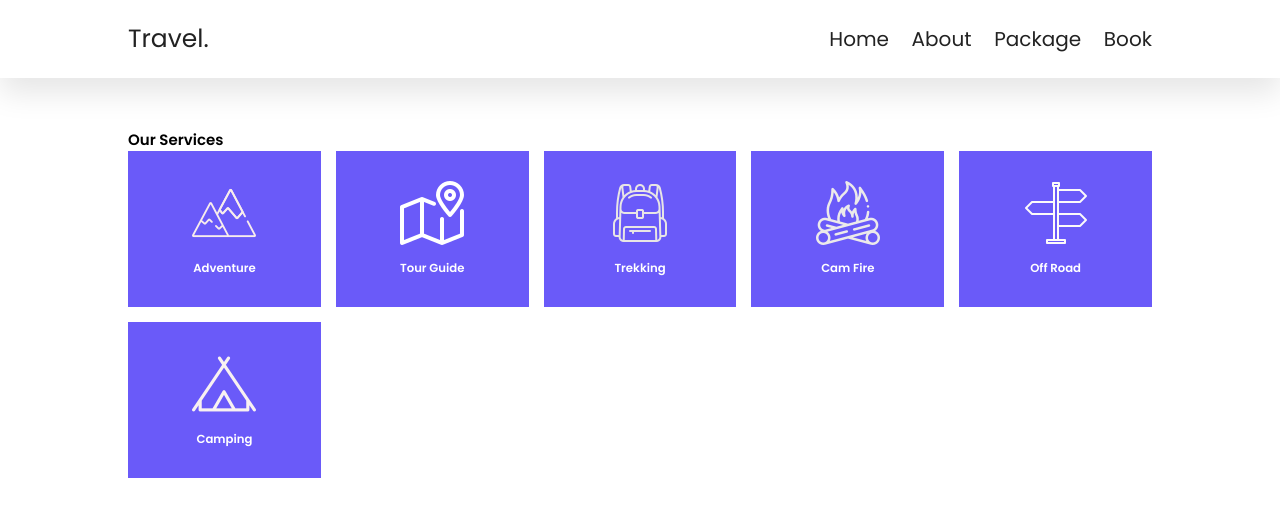
Repository: CTCuong/Traveloka-Web
Page: assets/home.html
The author's editor kept a copy of each file at every save. The page is drawn from the files as they stood at one save, then again after the next save.
The browser window is 1280 px wide. The pictures show the part of the page from y = 0 to 528 px (the page is 1174 px tall before and 1206 px after).
Pictures or frames that could not be fetched are drawn as grey boxes. Backgrounds fixed to the window are drawn as part of the page.

Above is the page before, as saved 2023-07-03 21:15:44.

### assets/home.html
<!DOCTYPE html>
<html lang="en">
<head>
    <meta charset="UTF-8">
    <meta name="viewport" content="width=device-width, initial-scale=1.0">
    <title>Document</title>
    <!--swiper css-->
    <link rel="stylesheet"href="https://cdn.jsdelivr.net/npm/swiper@9/swiper-bundle.min.css"/>
    <!--font awesome link-->
    <link rel="stylesheet" href="https://cdnjs.cloudflare.com/ajax/libs/font-awesome/6.4.0/css/all.min.css">
    <!-- css file link -->
    <link rel="stylesheet" href="/assets/css/style.css">
</head>
<body>
    <!-- header section starts -->
    <section class="header">
        <a href="home.html" class="logo">travel.</a>

        <nav class="navbar">
            <a href="home.html">Home</a>
            <a href="about.html">About</a>
            <a href="package.html">Package</a>
            <a href="book.html">Book</a>

        </nav>

        <div id="menu-btn" class="fas fa-bars"></div>
    </section>
    <!-- header section ends -->

    <!-- services section starts -->
    <section class="services">
        <h1 class="heading-title"> our services </h1>

        <div class="box-container">

            <div class="box">
                <img src="/assets/image/Services/1.png" alt="">
                <h3> adventure </h3>
            </div>

            <div class="box">
                <img src="/assets/image/Services/2.png" alt="">
                <h3> tour guide </h3>
            </div>

            <div class="box">
                <img src="/assets/image/Services/3.png" alt="">
                <h3> trekking </h3>
            </div>


            <div class="box">
                <img src="/assets/image/Services/4.png" alt="">
                <h3> cam fire </h3>
            </div>

            <div class="box">
                <img src="/assets/image/Services/5.png" alt="">
                <h3> off road </h3>
            </div>

            <div class="box">
                <img src="/assets/image/Services/6.png" alt="">
                <h3> camping </h3>
            </div>

        </div>
    </section>
    <!-- services section ends -->



    <!-- footer section starts -->

    <section class="footer">
        <div class="box-container">

            <div class="box">
                <h3>quick links</h3>
                <a href="home.html"><i class="fas fa-angle-right"></i>Home</a>
                <a href="about.html"><i class="fas fa-angle-right"></i>About</a>
                <a href="package.html"><i class="fas fa-angle-right"></i>Package</a>
                <a href="book.html"><i class="fas fa-angle-right"></i>Book</a>
            </div>

            <div class="box">
                <h3>extra links</h3>
                <a href="#"><i class="fas fa-angle-right"></i> ask question</a>
                <a href="#"><i class="fas fa-angle-right"></i> about us</a>
                <a href="#"><i class="fas fa-angle-right"></i> privacy policy</a>
                <a href="#"><i class="fas fa-angle-right"></i> terms of use</a>
            </div>

            <div class="box">
                <h3>contract info</h3>
                <a href="#"><i class="fas fa-phone"></i> +84 098-326-789 </a>
                <a href="#"><i class="fas fa-phone"></i> +84 023-908-7865 </a>
                <a href="#"><i class="fas fa-envelope"></i> travekhanas@gmail.com </a>
                <a href="#"><i class="fas fa-map"></i> HaNoi, VietNam   </a>
            </div>

            <div class="box">
                <h3>follow us</h3>
                <a href="#"><i class="fab fa-facebook"></i> facebook </a>
                <a href="#"><i class="fab fa-twitter"></i> twitter </a>
                <a href="#"><i class="fab fa-instagram"></i> instagram </a>
                <a href="#"><i class="fab fa-telegram"></i> telegram </a>
            </div>

        </div>

        <div class="credit"> created by <span>mr. Cao Tran Cuong</span> | all rights reserved! </div>
    </section>
    <!-- footer section ends -->

    <!--swiper js-->
    <script src="https://cdn.jsdelivr.net/npm/swiper@9/swiper-bundle.min.js"></script>
    <!-- js file link -->
    <script src="/assets/js/scrip.js"></script>
</body>
</html>

### assets/css/style.css
@import url('https://fonts.googleapis.com/css2?family=Poppins:ital,wght@0,100;0,200;0,300;0,400;0,500;0,600;1,100;1,200;1,300;1,400;1,500;1,600&display=swap');

:root {
    --main-color:#6A5AF9;
    --black:#222;
    --white: #fff;
    --light-black:#777;
    --light-white:#fff9;
    --drak-bg:rgba(0,0,0,.7);
    --light-bg:#eee;
    --border:1rem solid var(var(--black));
    --text-shadow:0 1.5rem 3rem rgba(0,0,0,.3);
    --box-shadow:0 1.5rem 3rem rgba(0,0,0,.1);
}
* {
    font-family: 'Poppins', sans-serif;
    margin: 0; padding: 0;
    box-sizing: border-box;
    outline: none; border: none;
    text-decoration: none;
    text-transform: capitalize;

}

html {
    font-size: 62.5%;
    overflow-x: hidden;
}

html::-webkit-scrollbar {
    width : 1rem;
}

html::-webkit-scrollbar-track {
    background-color: var(--white);
}

html::-webkit-scrollbar-thumb {
    background-color: var(--main-color);
}
section {
    padding: 5rem 10%;
}
.header {
    position: sticky;
    top:0; left: 0; right: 0;
    z-index: 1000;
    background-color: var(--white);
    display: flex;
    padding-top: 2rem;
    padding-bottom: 2rem;
    box-shadow: var(--box-shadow);
    align-items: center;
    justify-content:space-between;
}

.header .logo {
    font-size: 2.5rem;
    color: var(--black);
}

.header .navbar a {
    font-size: 2rem;
    margin-left: 2rem;
    color: var(--black);
}

#menu-btn {
    font-size: 2.5rem;
    color: var(--black);
    cursor: pointer;
    display: none;
}

.services .box-container {
    display: grid;
    grid-template-columns: repeat(auto-fit, minmax(16rem, 1fr));
    gap : 1.5rem;
}

.services .box-container .box {
    padding: 3rem 2rem;
    text-align: center;
    background: var(--main-color);

}

.services .box-container .box h3 {
    color: var(--white);
    font-size: 1,7rem;
    padding-top: 1rem;
}

.services .box-container .box:hover {
    background: ;
}


























.footer {
    background:url(/assets/image/Footer/low-angle-nature-night-time.jpg) no-repeat;
    background-size: cover;
    background-position: center;
    background-attachment: fixed;
}

.footer .box-container {
    display: grid;
    grid-template-columns: repeat(auto-fit, minmax(25rem, 1fr));
    gap : 3rem;
}

.footer .box-container .box h3{
    color: var(--white);
    font-size: 2.5rem;
    padding-bottom: 2rem;
}

.footer .box-container .box a {
    color: var(--light-white);
    font-size: 1.5rem;
    padding-bottom: 1.5rem;
    display: block;
}

.footer .box-container .box a i {
    color: var(--main-color);
    padding-right: .5rem;
    transition: .2s linear ;
}

.footer .box-container .box a:hover i {
    padding-right: 2rem;
}

.footer .credit {
    text-align: center;
    padding-top: 3.5rem;
    margin-top: 3rem;
    border-top: .1rem solid var(--light-bg);
    font-size: 2rem;
    color: var(--white);
}

.footer .credit span {
    color:var(--main-color);
}



/* media queries */
@media (max-width:1200px) {

    section {
        padding: 3rem 5%;
    }

}

@media (max-width:991px) {

    html {
        font-size: 55%;
    }

    section {
        padding: 3rem 2rem;
    }

}

@media (max-width:768px) {
    #menu-btn {
         display: inline-block;
         transition: .2s linear;
    }

    #menu-btn.fa-times {
        transform: rotate(180deg);
    }

    .header .navbar {
        position: absolute;
        top:99%; left:0; right:0;
        background-color: var(--white);
        border-top: var(--border);
        padding: 2rem;
        transition: .2s linear;
        clip-path: polygon(0 0, 100% 0, 100% 0, 0 0);
    }

    .header .navbar.active {
        clip-path: polygon(0 0, 100% 0, 100% 100%, 0 100%);
    }

    .header .navbar a {
        display:block;
        margin: 2rem;
        text-align: center ;
    }

}
@media (max-width:450px) {

    html {
        font-size: 50%;
    }

}

### assets/js/scrip.js
let menu = document.querySelector('#menu-btn');
let navbar = document.querySelector('.header .navbar');

menu.onclick = () =>{
    menu.classList.toggle('fa-times');
    navbar.classList.toggle('active');
};

window.onscroll = () => {
    menu.classList.remove('fa-times')
    navbar.classList.remove('active')

}

After the next save:
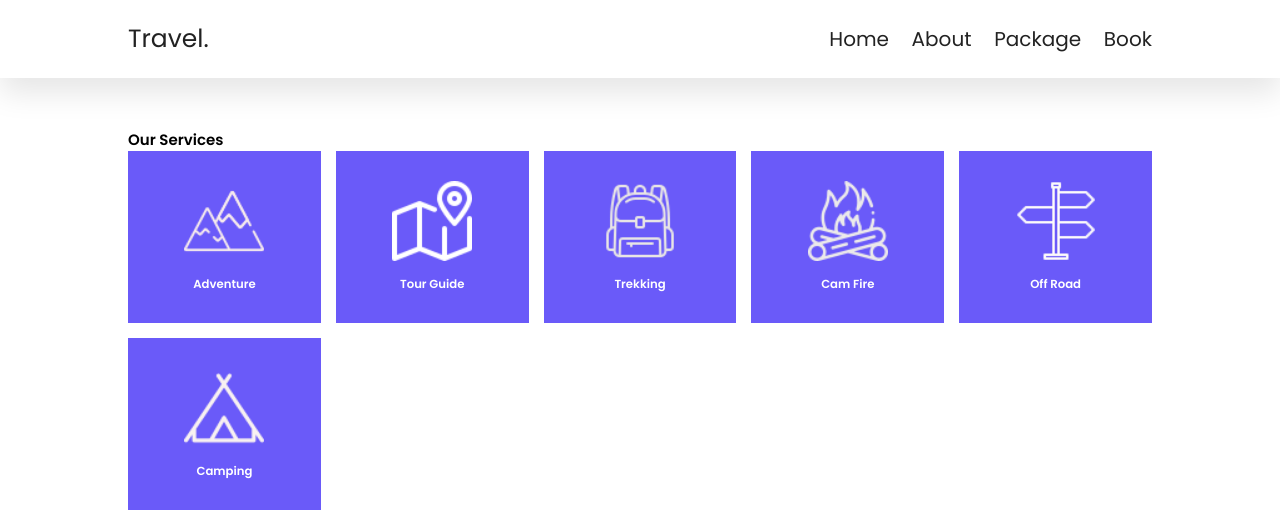
Saved 2 min 28 s later.
--- a/assets/css/style.css
+++ b/assets/css/style.css
@@ -85,14 +85,19 @@ section {
 
 }
 
+
+.services .box-container .box:hover {
+    background: var(--black) ;
+}
+
 .services .box-container .box h3 {
     color: var(--white);
     font-size: 1,7rem;
     padding-top: 1rem;
 }
 
-.services .box-container .box:hover {
-    background: ;
+.services .box-container .box img {
+    height: 8rem;
 }
 
 
